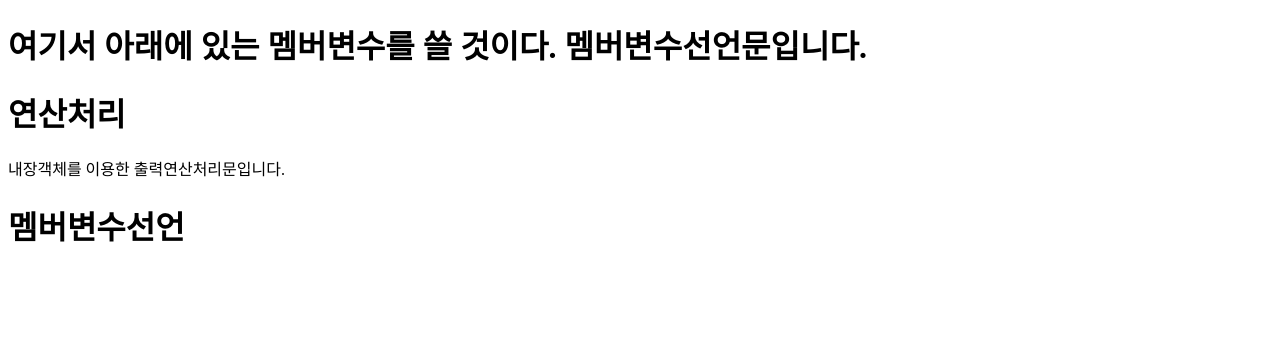
Repository: kwonminsung0/jspStudy
Page: http://localhost/jspStudy/sample/first.jsp
The author's editor kept a copy of each file at every save. The page is drawn from the files as they stood at one save, then again after the next save.
The browser window is 1280 px wide. The pictures show the whole page.
The page is served by Tomcat 9. Other server files are loaded and not shown.

Above is the page before, as saved 2024-12-05 03:45:58.

### jspStudy/src/main/webapp/sample/first.jsp
<%@ page contentType="text/html; charset=UTF-8"%>
<!DOCTYPE html>
<html>
<head>
<meta charset="UTF-8">
<title>Insert title here</title>
</head>
<body>
	<h1> 여기서 아래에 있는 멤버변수를 쓸 것이다. <%= declation %></h1>
	<h1>연산처리</h1>
	<%
		//연산처리
		//내장객체: context, config, request, response, pageContext, session, out, page
		//자바연산처리(제어문, 반복문): 서비스에서 진행이 된다.
		String message = "연산처리문입니다.";	//message : (서비스에 있는 지역변수입니다.)
		out.println("내장객체를 이용한 출력"+message);
	%>
	<h1>멤버변수선언</h1>
	<%!
		//멤버변수선언
		String declation = "멤버변수선언문입니다.";
	%>

</body>
</html>

After the next save:
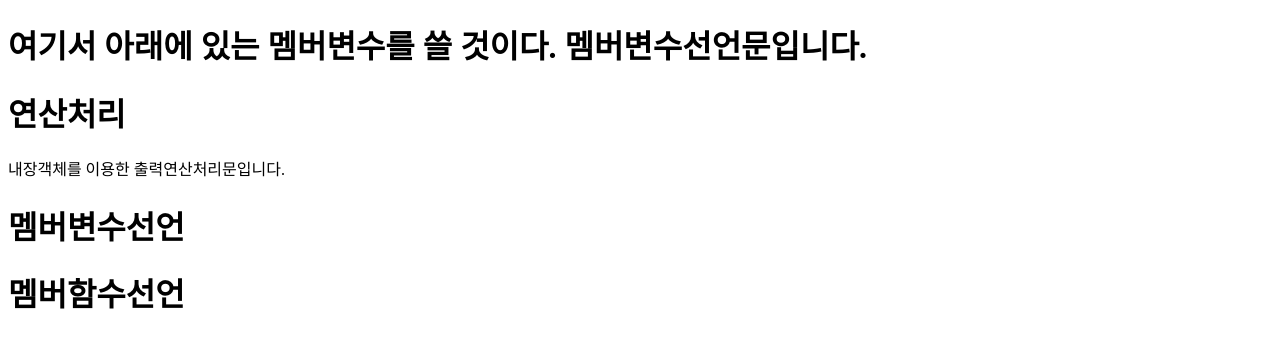
Saved 116 s later.
--- a/jspStudy/src/main/webapp/sample/first.jsp
+++ b/jspStudy/src/main/webapp/sample/first.jsp
@@ -20,6 +20,13 @@
 		//멤버변수선언
 		String declation = "멤버변수선언문입니다.";
 	%>
+	<h1>멤버함수선언</h1>
+	<%!
+		//멤버함수선언
+		public String getDeclation() {
+			return declation;
+	}
+	%>
 
 </body>
 </html>
